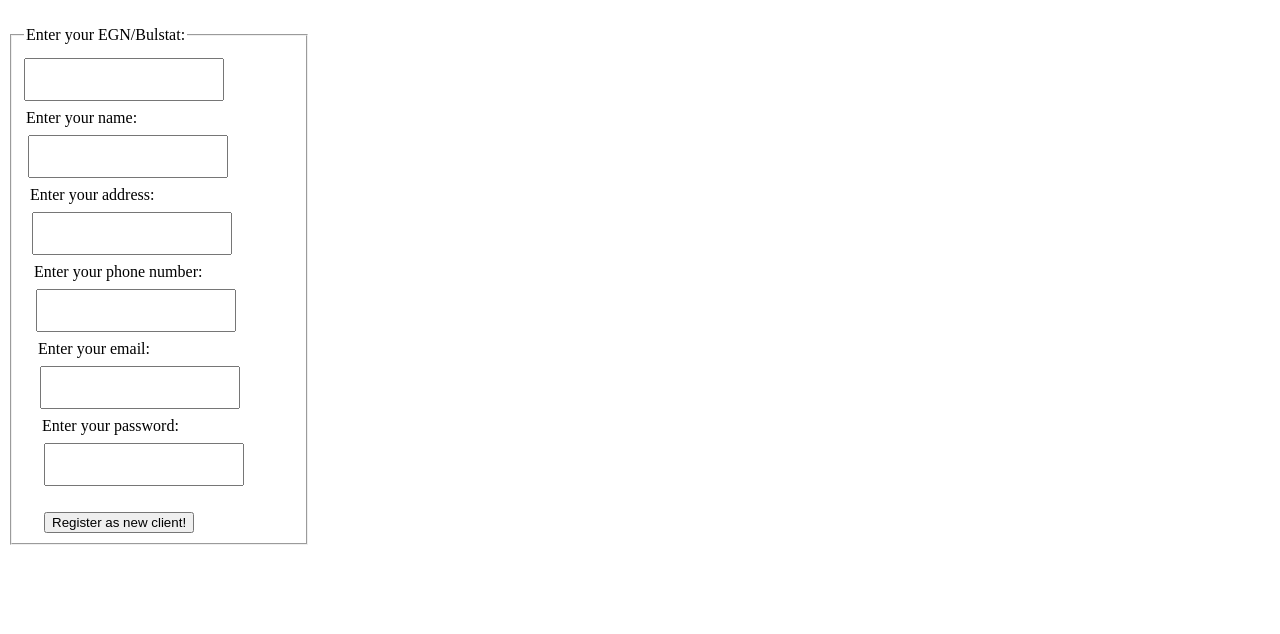
Repository: A-Mitev/E-Banking_Team_Project
Page: http://localhost/FiBank/WEB-INF/views/jsp/Register.jsp
An editor plug-in stored every save of this project. The page is shown before and after the next save, followed by the edit.
The browser window is 1280 px wide. The pictures show the whole page.
The page is served by Tomcat 9. Nobody is signed in. The template is opened directly, without the code that normally fills it, so the values that code supplies are empty.

Above is the page before, as saved 2016-04-05 20:11:45.

After the next save:
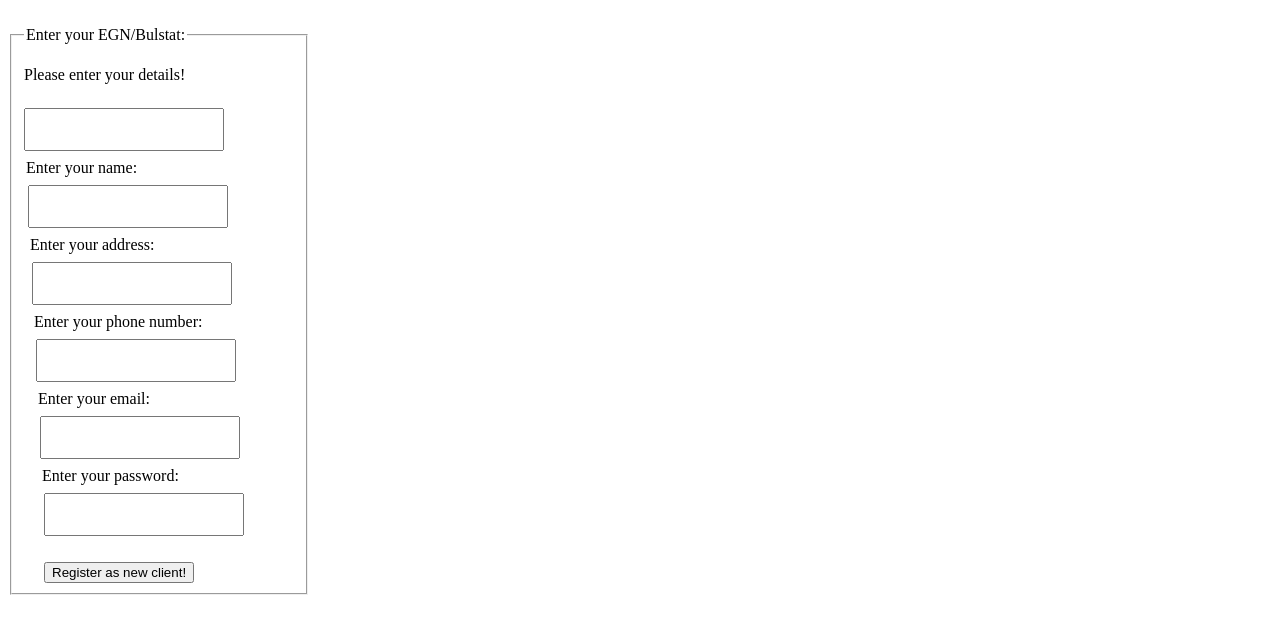
Saved 36 s later.
--- a/FiBank/src/main/webapp/WEB-INF/views/jsp/Register.jsp
+++ b/FiBank/src/main/webapp/WEB-INF/views/jsp/Register.jsp
@@ -22,6 +22,7 @@ input[type=text] {
 	<br />
 	<springForm:form method="post" commandName="user" >
 	<fieldset style="width:270px">
+		<p>Please enter your details!</p>
 		<legend>Enter your EGN/Bulstat:</legend>
 		<springForm:input type="text" path="id" />
 		<br />
